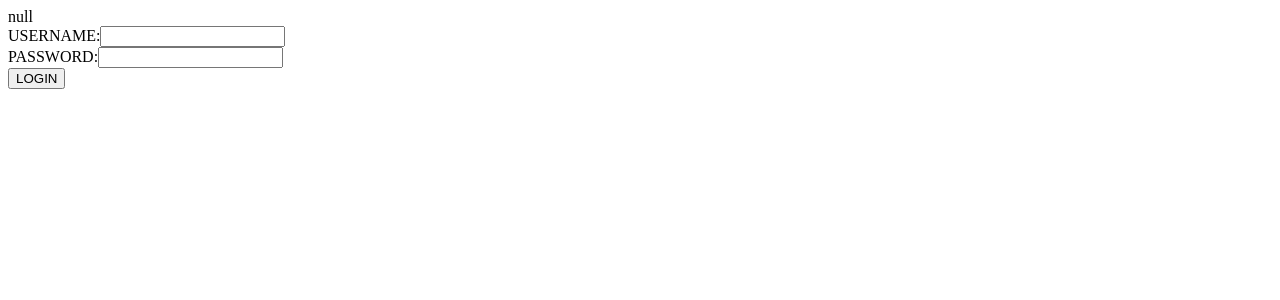
Repository: himanshurai60/samplerepo
Page: http://localhost/MyApp/check
These files come from the project's save history. The page is drawn as it stood at one moment and after the next save; the edit follows.
The browser window is 1280 px wide. The pictures show the whole page.
The page is served by Tomcat 9. Queries for data that is not in the repository find no rows.

Above is the page before, as saved 2018-08-16 10:49:35.

After the next save:
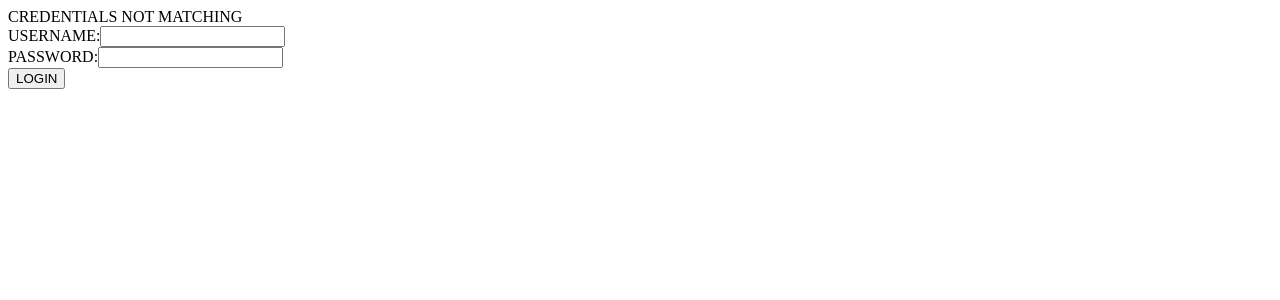
Saved 15 min 15 s later.
--- a/MyApp/src/com/servlets/LoginServlet.java
+++ b/MyApp/src/com/servlets/LoginServlet.java
@@ -54,6 +54,7 @@ public class LoginServlet extends HttpServlet {
 		}
 			else
 		{
+				request.setAttribute("message", "CREDENTIALS NOT MATCHING");
 				RequestDispatcher dispatcher=request.getRequestDispatcher("login.jsp");
 				dispatcher.forward(request, response);
 		}
